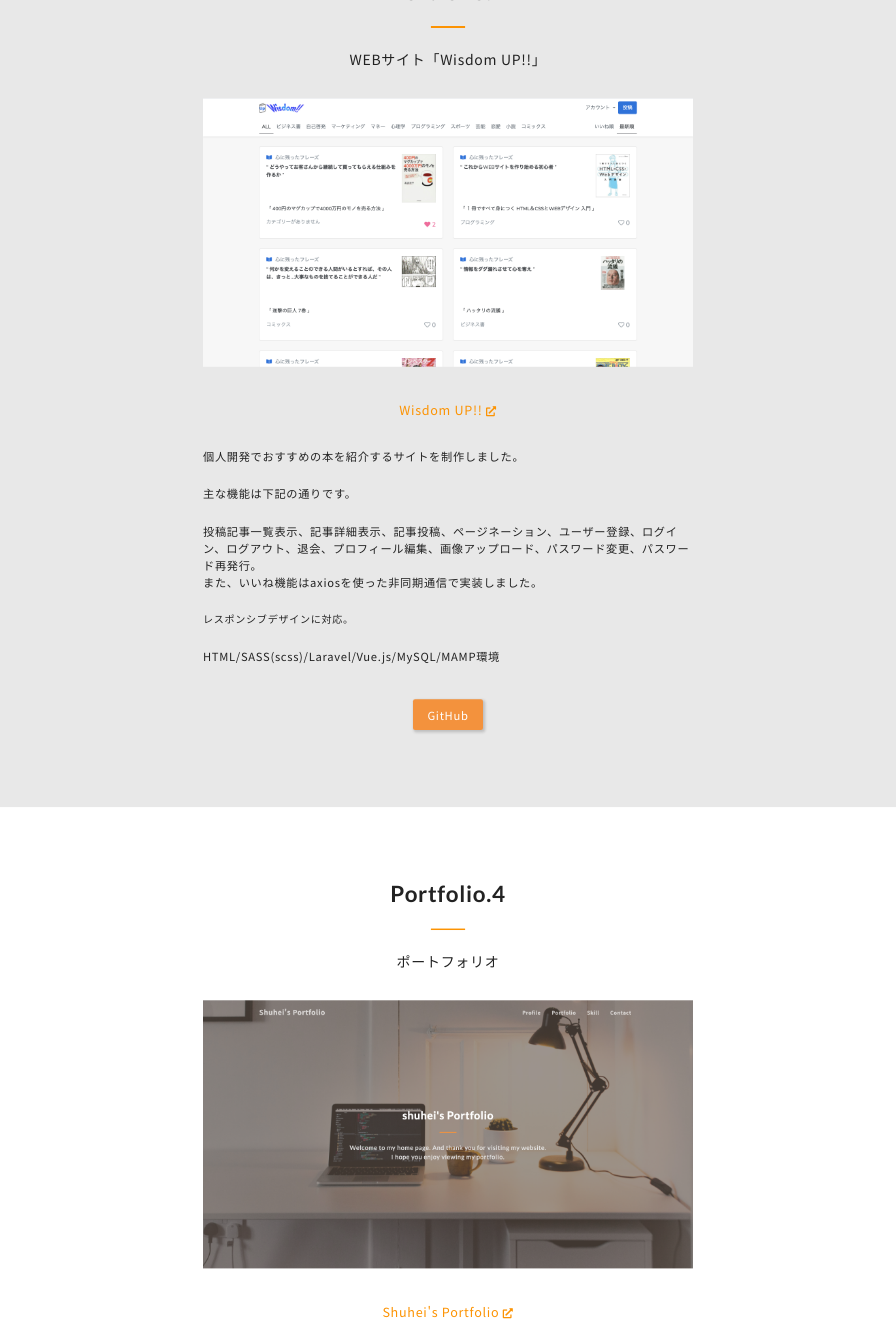
Repository: shuehi23/Portfolio
Page: portfolio/portfolio.html
An editor plug-in stored every save of this project. The page is shown before and after the next save, followed by the edit.
The browser window is 1280 px wide. The pictures show the part of the page from y = 4580 to 6500 px (the page is 7034 px tall before and 7004 px after), at 70% of full size.
A picture or video elsewhere on the page could not be fetched, so the positions and the page height are approximate. Some web libraries are served in a nearby version.

Above is the page before, as saved 2020-10-19 09:29:48.

After the next save:
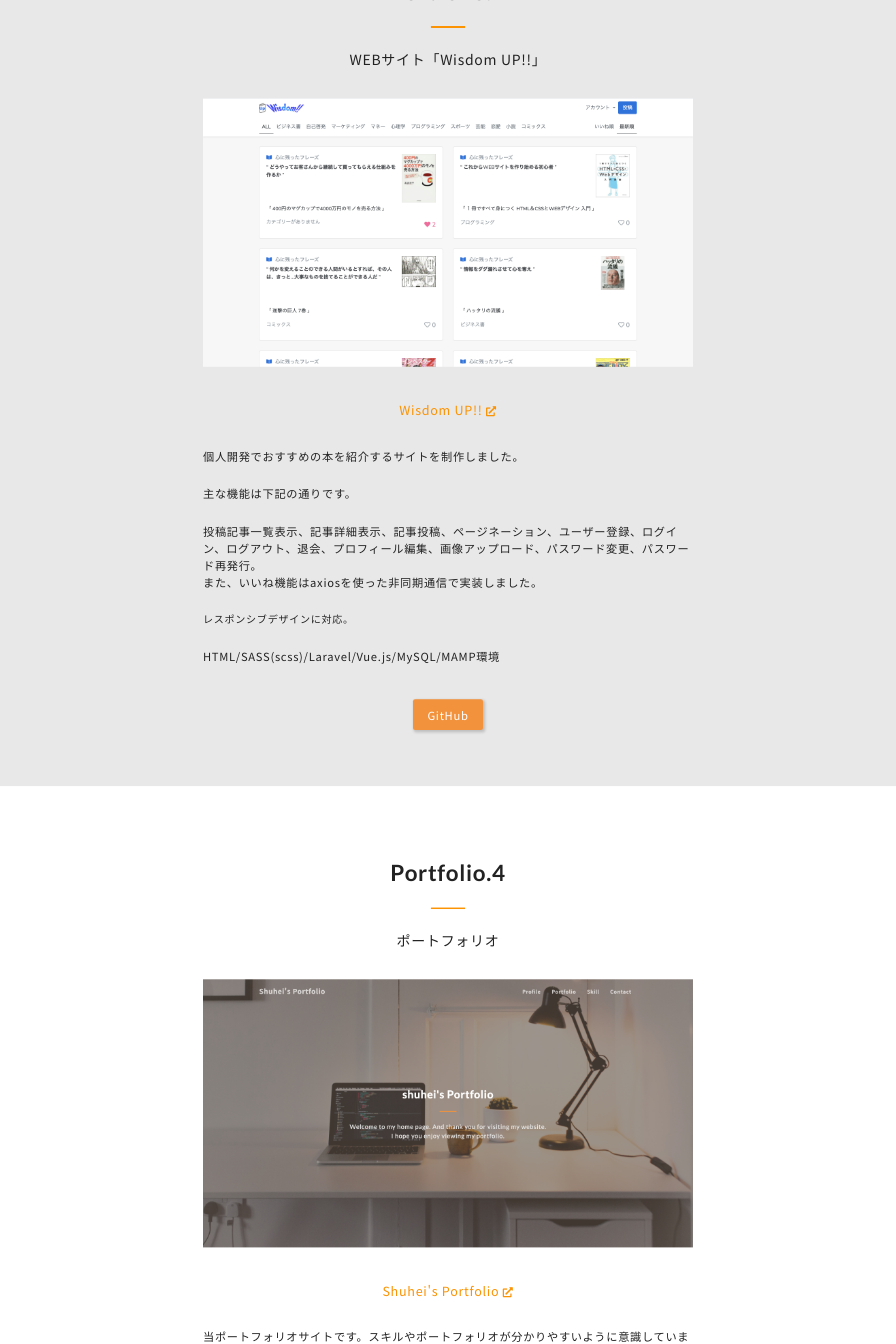
Saved 103 s later.
--- a/portfolio/portfolio.html
+++ b/portfolio/portfolio.html
@@ -168,7 +168,7 @@
         <p class="p-detail_text">
                   HTML/SASS(scss)/Laravel/Vue.js/MySQL/MAMP環境
         </p>
-        <p class="p-detail_text c-btn--wrap">
+        <p class="c-btn--wrap">
           <a href="#" class="c-btn--link">GitHub</a>
         </p>
       </div>

After the save that followed:
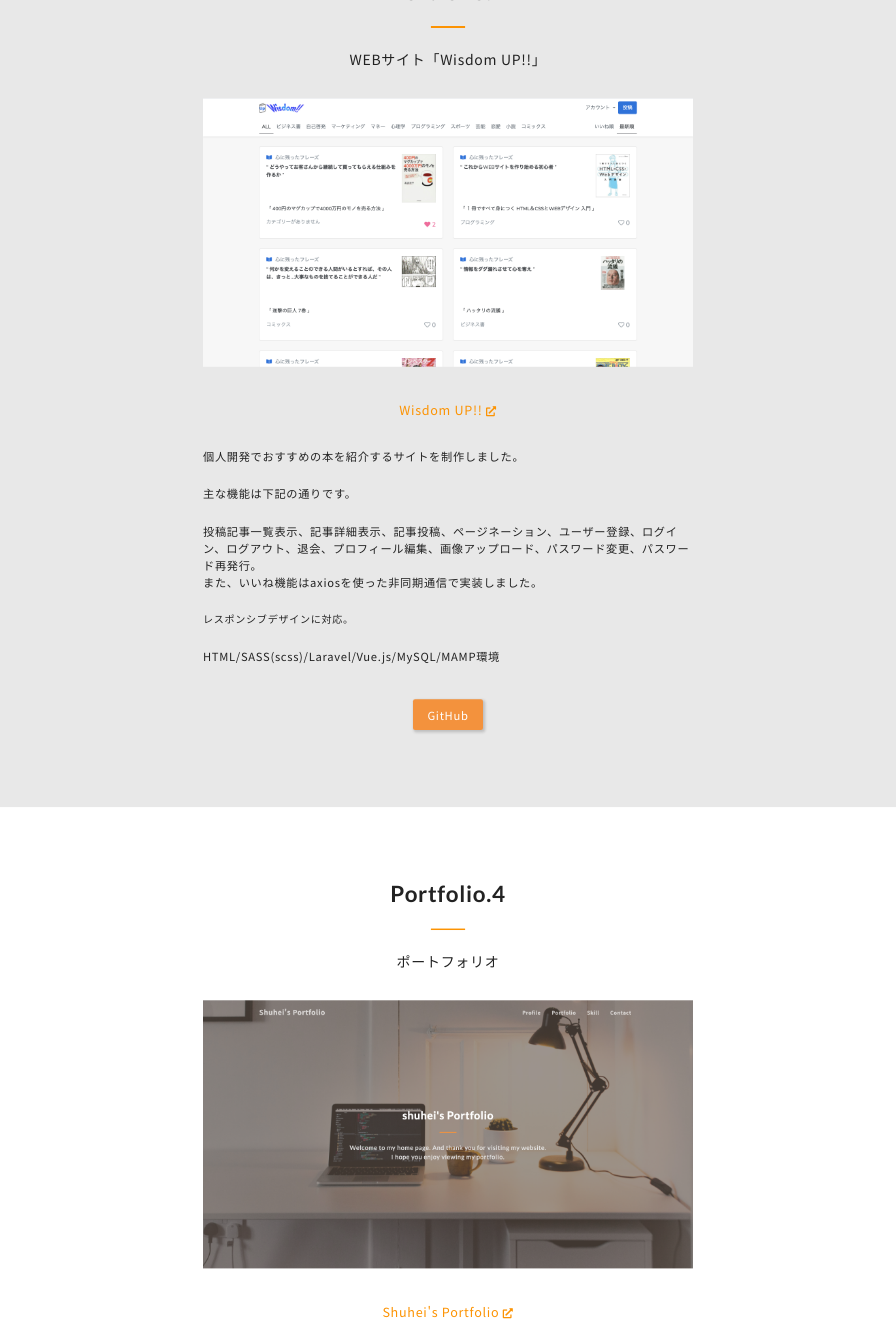
Saved 5 min 24 s later.
--- a/portfolio/portfolio.html
+++ b/portfolio/portfolio.html
@@ -168,7 +168,7 @@
         <p class="p-detail_text">
                   HTML/SASS(scss)/Laravel/Vue.js/MySQL/MAMP環境
         </p>
-        <p class="c-btn--wrap">
+        <p class="p-detail_text c-btn--wrap">
           <a href="#" class="c-btn--link">GitHub</a>
         </p>
       </div>
